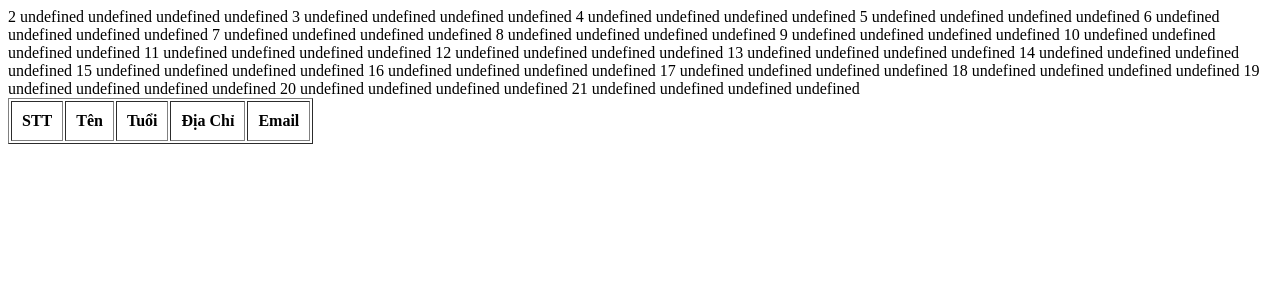
Repository: AnhDuc0125/HTML-Aptech
Page: bt2008/index.html
These files come from the project's save history. The page is drawn as it stood at one moment and after the next save; the edit follows.
The browser window is 1280 px wide. The pictures show the whole page.

Above is the page before, as saved 2021-11-29 07:52:15.

### bt2008/index.html
<!DOCTYPE html>
<html lang="en">
<head>
    <meta charset="UTF-8">
    <meta http-equiv="X-UA-Compatible" content="IE=edge">
    <meta name="viewport" content="width=device-width, initial-scale=1.0">
    <script src="main.js"></script>
    <title>Danh sách Sinh Viên</title>
</head>
<body>
    <table border="1px solid black" cellpadding= "10" style="text-align:center">
        <tr>
            <th>STT</th>
            <th>Tên</th>
            <th>Tuổi</th>
            <th>Địa Chỉ</th>
            <th>Email</th>
        </tr>
    <script>
        var stdList = [
    {
    "name" : "Vũ Đức Anh",
    "age" : "18",
    "address" : "Hà Nội",
    "email" : "vuducanh0125@gmail.com"
    },
    {
    "name" : "Vũ Đức Anh",
    "age" : "18",
    "address" : "Hà Nội",
    "email" : "vuducanh0125@gmail.com"
    },
    {
    "name" : "Vũ Đức Anh",
    "age" : "18",
    "address" : "Hà Nội",
    "email" : "vuducanh0125@gmail.com"
    },
    {
    "name" : "Vũ Đức Anh",
    "age" : "18",
    "address" : "Hà Nội",
    "email" : "vuducanh0125@gmail.com"
    },
    {
    "name" : "Vũ Đức Anh",
    "age" : "18",
    "address" : "Hà Nội",
    "email" : "vuducanh0125@gmail.com"
    },
    {
    "name" : "Vũ Đức Anh",
    "age" : "18",
    "address" : "Hà Nội",
    "email" : "vuducanh0125@gmail.com"
    },
    {
    "name" : "Vũ Đức Anh",
    "age" : "18",
    "address" : "Hà Nội",
    "email" : "vuducanh0125@gmail.com"
    },
    {
    "name" : "Vũ Đức Anh",
    "age" : "18",
    "address" : "Hà Nội",
    "email" : "vuducanh0125@gmail.com"
    },
    {
    "name" : "Vũ Đức Anh",
    "age" : "18",
    "address" : "Hà Nội",
    "email" : "vuducanh0125@gmail.com"
    },
    {
    "name" : "Vũ Đức Anh",
    "age" : "18",
    "address" : "Hà Nội",
    "email" : "vuducanh0125@gmail.com"
    },
    {
    "name" : "Vũ Đức Anh",
    "age" : "18",
    "address" : "Hà Nội",
    "email" : "vuducanh0125@gmail.com"
    },
    {
    "name" : "Vũ Đức Anh",
    "age" : "18",
    "address" : "Hà Nội",
    "email" : "vuducanh0125@gmail.com"
    },
    {
    "name" : "Vũ Đức Anh",
    "age" : "18",
    "address" : "Hà Nội",
    "email" : "vuducanh0125@gmail.com"
    },
    {
    "name" : "Vũ Đức Anh",
    "age" : "18",
    "address" : "Hà Nội",
    "email" : "vuducanh0125@gmail.com"
    },
    {
    "name" : "Vũ Đức Anh",
    "age" : "18",
    "address" : "Hà Nội",
    "email" : "vuducanh0125@gmail.com"
    },
    {
    "name" : "Vũ Đức Anh",
    "age" : "18",
    "address" : "Hà Nội",
    "email" : "vuducanh0125@gmail.com"
    },
    {
    "name" : "Vũ Đức Anh",
    "age" : "18",
    "address" : "Hà Nội",
    "email" : "vuducanh0125@gmail.com"
    },
    {
    "name" : "Vũ Đức Anh",
    "age" : "18",
    "address" : "Hà Nội",
    "email" : "vuducanh0125@gmail.com"
    },
    {
    "name" : "Vũ Đức Anh",
    "age" : "18",
    "address" : "Hà Nội",
    "email" : "vuducanh0125@gmail.com"
    },
    {
    "name" : "Vũ Đức Anh",
    "age" : "18",
    "address" : "Hà Nội",
    "email" : "vuducanh0125@gmail.com"
    }
]

    console.log(stdList.name)
    </script>
</table>
</body>
</html>

### bt2008/main.js
var stdList = [
    {
    "name" : "Vũ Đức Anh",
    "age" : "18",
    "address" : "Hà Nội",
    "email" : "vuducanh0125@gmail.com"
    },
    {
    "name" : "Vũ Đức Anh",
    "age" : "18",
    "address" : "Hà Nội",
    "email" : "vuducanh0125@gmail.com"
    },
    {
    "name" : "Vũ Đức Anh",
    "age" : "18",
    "address" : "Hà Nội",
    "email" : "vuducanh0125@gmail.com"
    },
    {
    "name" : "Vũ Đức Anh",
    "age" : "18",
    "address" : "Hà Nội",
    "email" : "vuducanh0125@gmail.com"
    },
    {
    "name" : "Vũ Đức Anh",
    "age" : "18",
    "address" : "Hà Nội",
    "email" : "vuducanh0125@gmail.com"
    },
    {
    "name" : "Vũ Đức Anh",
    "age" : "18",
    "address" : "Hà Nội",
    "email" : "vuducanh0125@gmail.com"
    },
    {
    "name" : "Vũ Đức Anh",
    "age" : "18",
    "address" : "Hà Nội",
    "email" : "vuducanh0125@gmail.com"
    },
    {
    "name" : "Vũ Đức Anh",
    "age" : "18",
    "address" : "Hà Nội",
    "email" : "vuducanh0125@gmail.com"
    },
    {
    "name" : "Vũ Đức Anh",
    "age" : "18",
    "address" : "Hà Nội",
    "email" : "vuducanh0125@gmail.com"
    },
    {
    "name" : "Vũ Đức Anh",
    "age" : "18",
    "address" : "Hà Nội",
    "email" : "vuducanh0125@gmail.com"
    },
    {
    "name" : "Vũ Đức Anh",
    "age" : "18",
    "address" : "Hà Nội",
    "email" : "vuducanh0125@gmail.com"
    },
    {
    "name" : "Vũ Đức Anh",
    "age" : "18",
    "address" : "Hà Nội",
    "email" : "vuducanh0125@gmail.com"
    },
    {
    "name" : "Vũ Đức Anh",
    "age" : "18",
    "address" : "Hà Nội",
    "email" : "vuducanh0125@gmail.com"
    },
    {
    "name" : "Vũ Đức Anh",
    "age" : "18",
    "address" : "Hà Nội",
    "email" : "vuducanh0125@gmail.com"
    },
    {
    "name" : "Vũ Đức Anh",
    "age" : "18",
    "address" : "Hà Nội",
    "email" : "vuducanh0125@gmail.com"
    },
    {
    "name" : "Vũ Đức Anh",
    "age" : "18",
    "address" : "Hà Nội",
    "email" : "vuducanh0125@gmail.com"
    },
    {
    "name" : "Vũ Đức Anh",
    "age" : "18",
    "address" : "Hà Nội",
    "email" : "vuducanh0125@gmail.com"
    },
    {
    "name" : "Vũ Đức Anh",
    "age" : "18",
    "address" : "Hà Nội",
    "email" : "vuducanh0125@gmail.com"
    },
    {
    "name" : "Vũ Đức Anh",
    "age" : "18",
    "address" : "Hà Nội",
    "email" : "vuducanh0125@gmail.com"
    },
    {
    "name" : "Vũ Đức Anh",
    "age" : "18",
    "address" : "Hà Nội",
    "email" : "vuducanh0125@gmail.com"
    }
]
i = 1;
// function showStd() {
    for(std of stdList){
        i++;
        document.write(`
        <tr>
            <td>${i}</td>
            <td>${stdList.name}</td>
            <td>${stdList.age}</td>
            <td>${stdList.address}</td>
            <td>${stdList.email}</td>
        </tr>
        `)
    }
// }

After the next save:
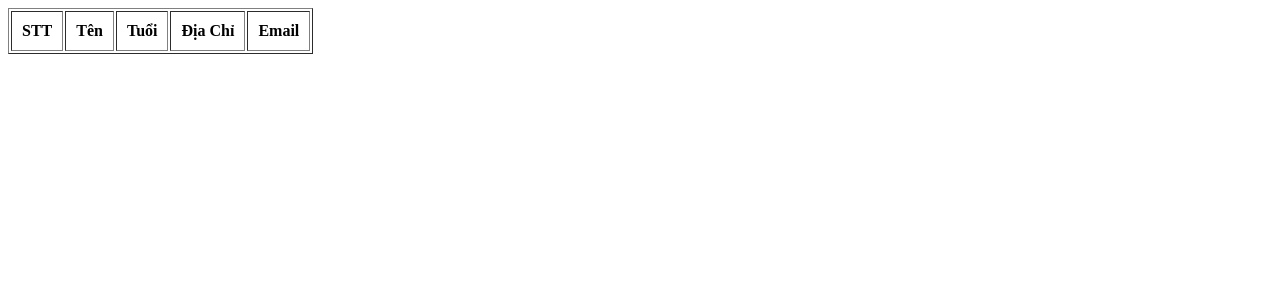
Saved 59 s later.
--- a/bt2008/main.js
+++ b/bt2008/main.js
@@ -120,10 +120,8 @@ var stdList = [
     "email" : "vuducanh0125@gmail.com"
     }
 ]
-i = 1;
-// function showStd() {
-    for(std of stdList){
-        i++;
+function showStd() {
+    for(i=1; i<stdList.length; i++){
         document.write(`
         <tr>
             <td>${i}</td>
@@ -134,4 +132,4 @@ i = 1;
         </tr>
         `)
     }
-// }
+}
